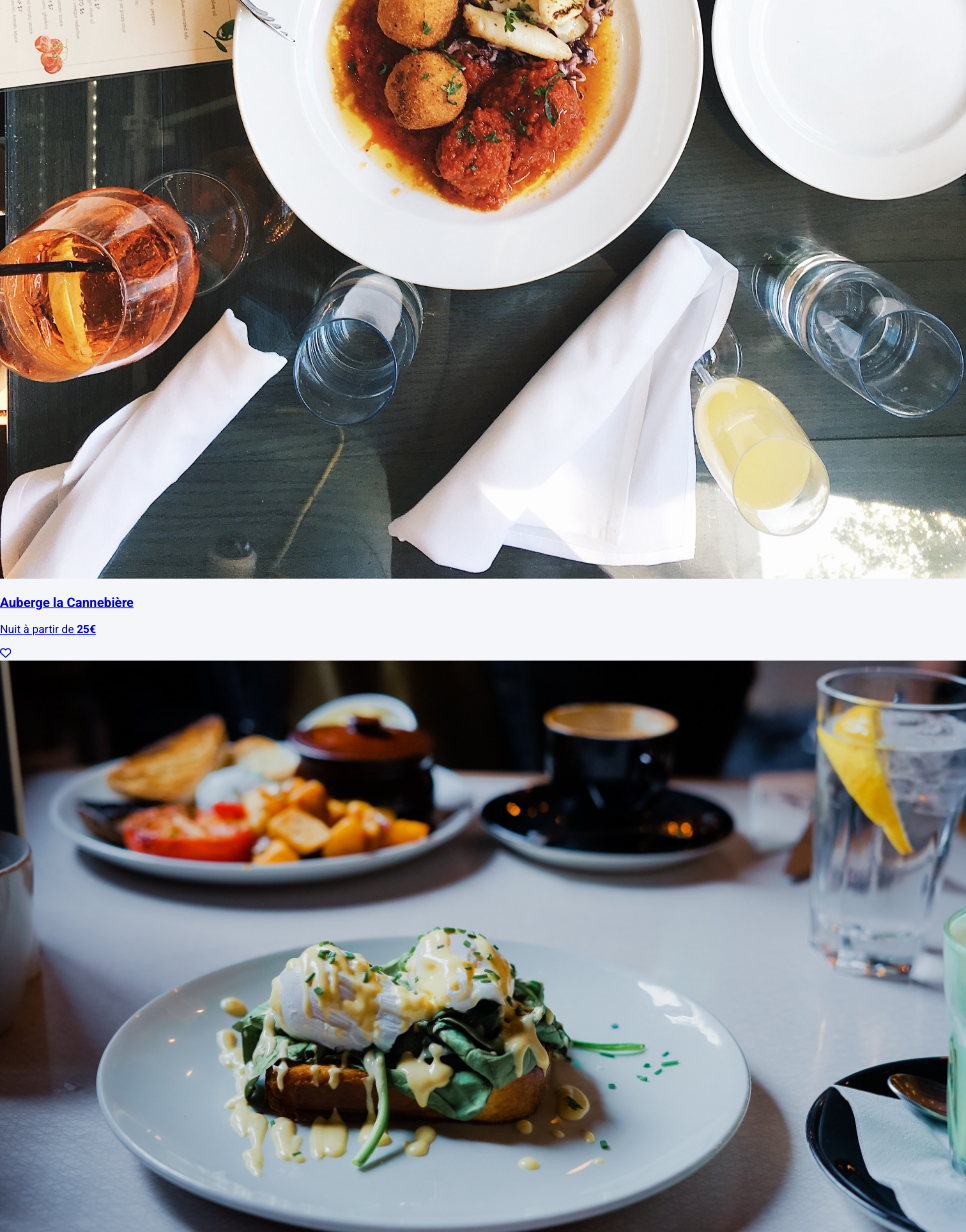
Repository: ultraasedev/ohmyfood
Page: index.html
These files come from the project's save history. The page is drawn as it stood at one moment and after the next save; the edit follows.
The browser window is 1280 px wide. The page is 1380 px wide, so the pictures cover 1380 px, including what lies to the right of the window. The pictures show the part of the page from y = 3714 to 5474 px (the page is 5974 px tall), at 70% of full size.
Some web fonts or font styles are not loaded; a fallback is used. Some web libraries are served in a nearby version.

Above is the page before, as saved 2022-10-27 17:05:32.

After the next save:
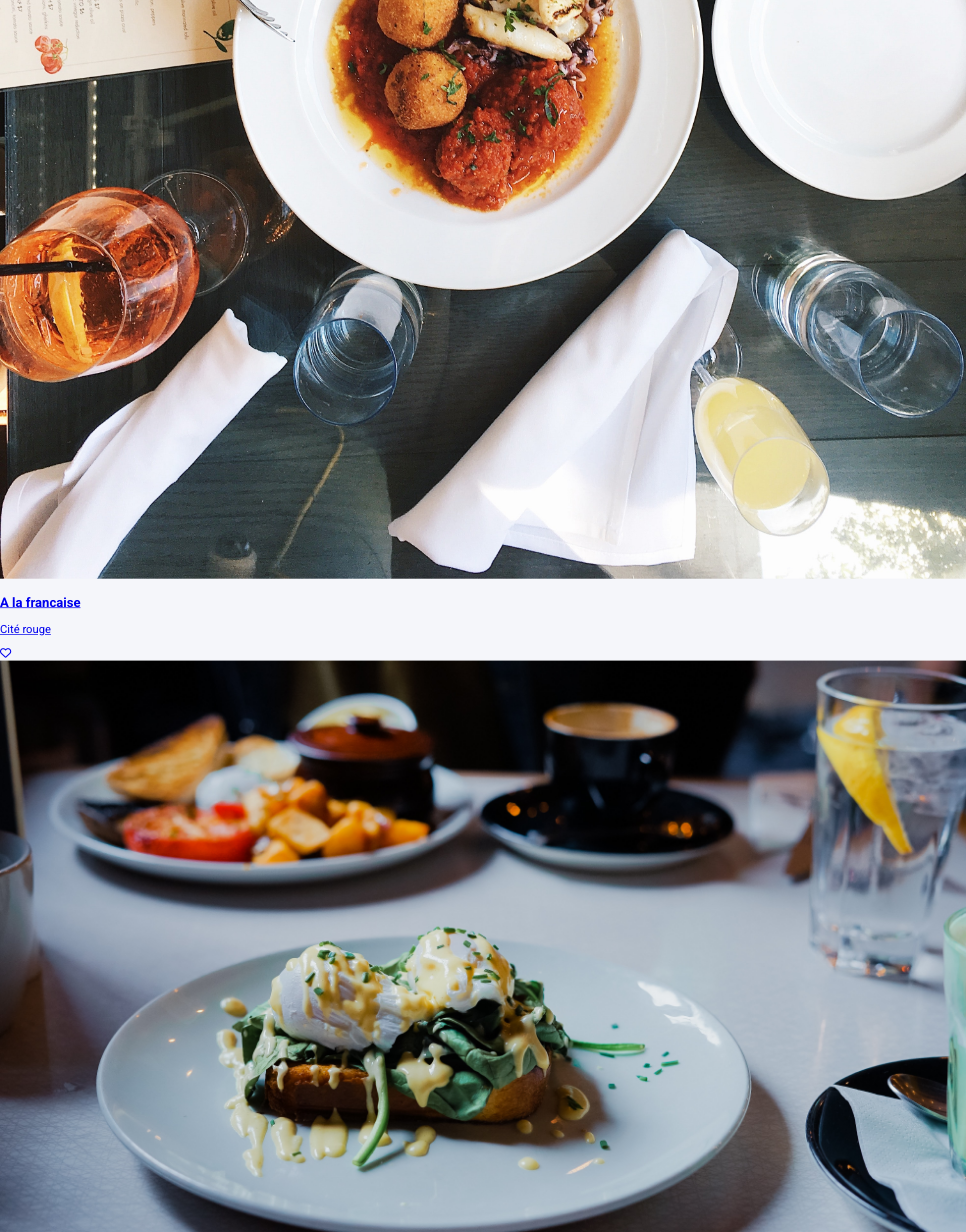
Saved 58 s later.
--- a/index.html
+++ b/index.html
@@ -108,8 +108,8 @@
                     src="./images/restaurants/stil-u2Lp8tXIcjw-unsplash.jpg"
                     alt="Photo de l'hébergement"
                   />
-                  <h3>Auberge la Cannebière</h3>
-                  <p>Nuit à partir de <strong>25€</strong></p>
+                  <h3>A la francaise</h3>
+                  <p>Cité rouge</p>
                   <div class="stars">
                     <i class="fa-regular fa-heart"></i>
                   </div>
